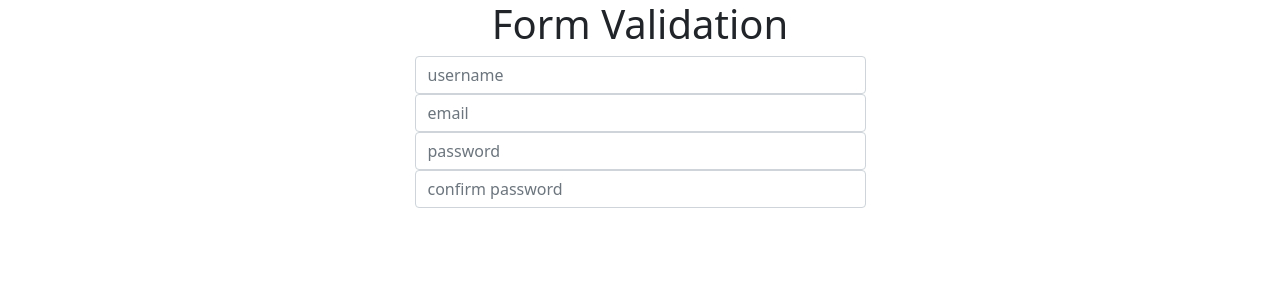
Repository: harryninja/14JsReact
Page: FormValidJS/index.html
The author's editor kept a copy of each file at every save. The page is drawn from the files as they stood at one save, then again after the next save.
The browser window is 1280 px wide. The pictures show the whole page.

Above is the page before, as saved 2022-03-09 00:47:32.

### FormValidJS/index.html
<!DOCTYPE html>
<html lang="en">

<head>
    <meta charset="UTF-8">
    <meta http-equiv="X-UA-Compatible" content="IE=edge">
    <meta name="viewport" content="width=device-width, initial-scale=1.0">
    <title>FormValidatorJS</title>
    <!-- JavaScript Bundle with Popper -->
    <script src="https://cdn.jsdelivr.net/npm/bootstrap@5.1.3/dist/js/bootstrap.bundle.min.js"
        integrity="sha384-ka7Sk0Gln4gmtz2MlQnikT1wXgYsOg+OMhuP+IlRH9sENBO0LRn5q+8nbTov4+1p" crossorigin="anonymous">
    </script>
    <!-- CSS only -->
    <link href="https://cdn.jsdelivr.net/npm/bootstrap@5.1.3/dist/css/bootstrap.min.css" rel="stylesheet"
        integrity="sha384-1BmE4kWBq78iYhFldvKuhfTAU6auU8tT94WrHftjDbrCEXSU1oBoqyl2QvZ6jIW3" crossorigin="anonymous">
</head>

<body>
    <div class="container">
        <div class="row justify-content-center">
            <div class="col-md-5 text-center">
                <h1>Form Validation</h1>
                <input type="text" id="username" class="form-control" placeholder="username">
                <small id="username_error"></small>

                <input type="text" id="email" class="form-control" placeholder="email">
                <small id="email_error"></small>

                <input type="text" id="password" class="form-control" placeholder="password">
                <small id="password_error"></small>

                <input type="text" id="cpassword" class="form-control" placeholder="confirm password">
                <small id="cpassword_error"></small>
            </div>
        </div>
    </div>
</body>

</html>

After the next save:
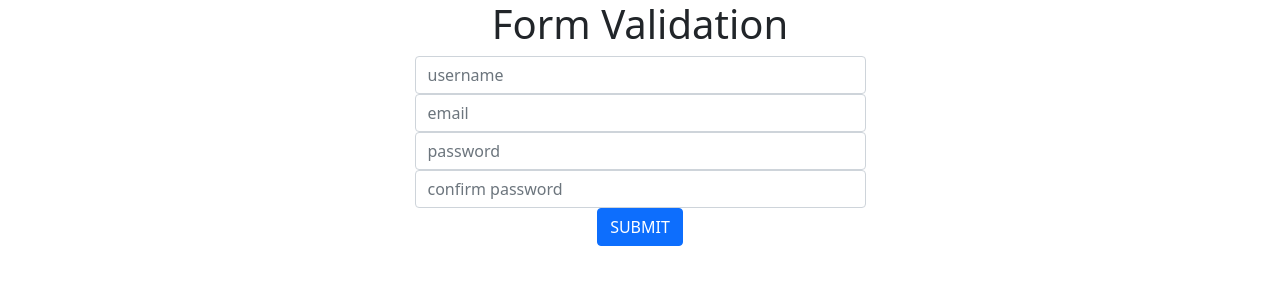
Saved 26 s later.
--- a/FormValidJS/index.html
+++ b/FormValidJS/index.html
@@ -31,6 +31,8 @@
 
                 <input type="text" id="cpassword" class="form-control" placeholder="confirm password">
                 <small id="cpassword_error"></small>
+
+                <button class="btn btn-primary">SUBMIT</button>
             </div>
         </div>
     </div>
